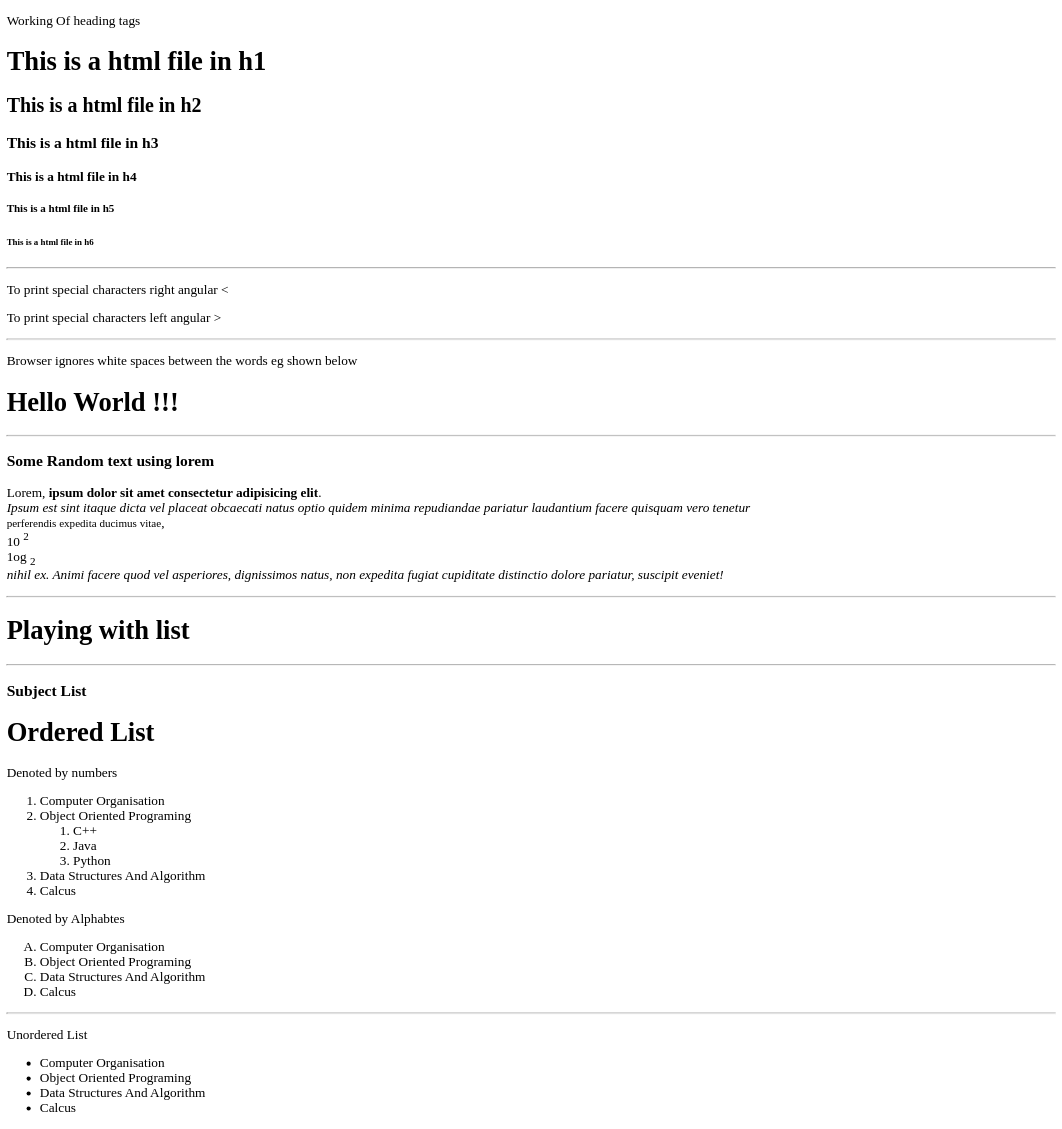
Repository: Datta2901/Basic-Html
Page: HTML.html
An editor plug-in stored every save of this project. The page is shown before and after a run of saves, followed by the edit.
The browser window is 1280 px wide. The pictures show the whole page, at 83% of full size.

Above is the page before, as saved 2021-01-11 15:54:26.

After the next 5 saves:
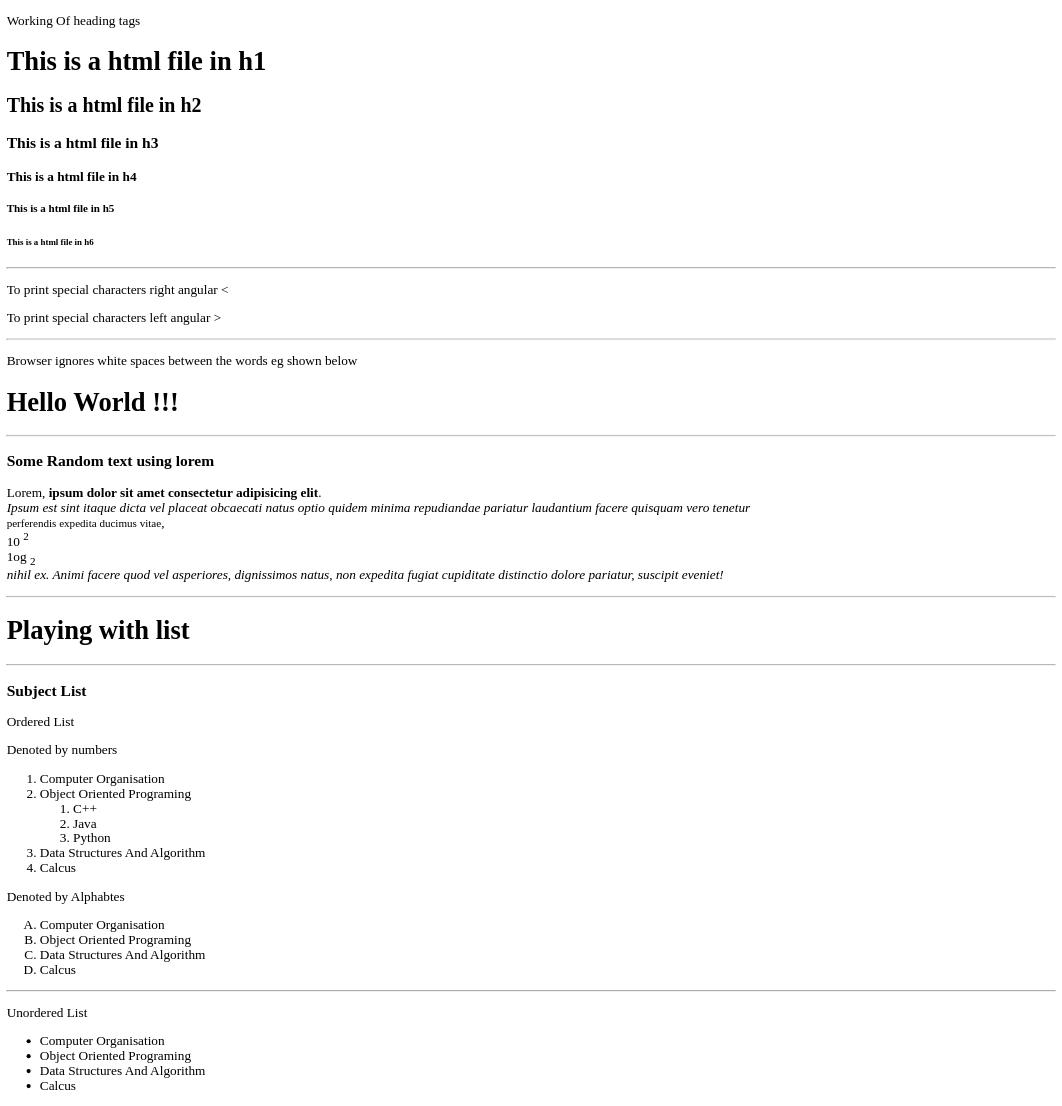
The 5 saves are shown as one change because they came seconds apart.
The last was saved 11 s later.
--- a/HTML.html
+++ b/HTML.html
@@ -36,7 +36,7 @@
         <h1>Playing with list</h1>
         <hr>
         <h3>Subject List</h3>
-        <h1>Ordered List</h1>
+        <p>Ordered List</p>
 
         <p>Denoted by numbers</p>
         <ol>
